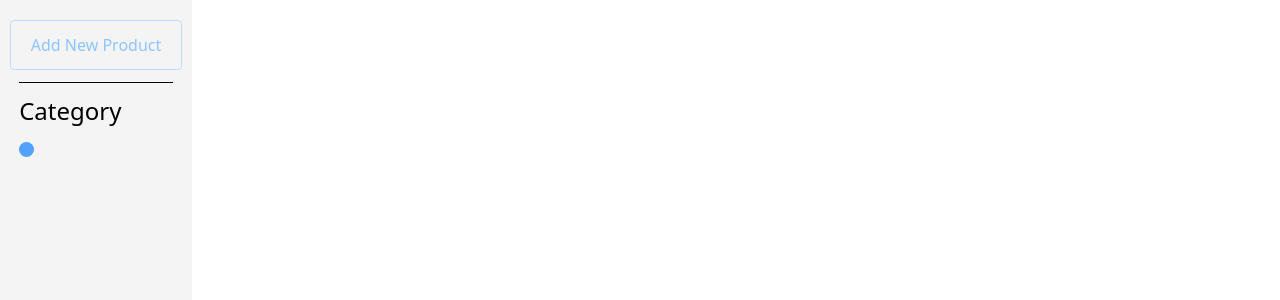
Repository: Habeebur1493/project
Page: /Home
The author's editor kept a copy of each file at every save. The page is drawn from the files as they stood at one save, then again after the next save.
The browser window is 1280 px wide. The pictures show the whole page.
The project was rebuilt for these pictures with package versions that can differ from the ones it lists, and the page was loaded fresh each time. Also part of the build but not shown: vite.config.js, src/Components/Login.jsx.

Above is the page before, as saved 2025-01-31 02:00:55.

After the next save:
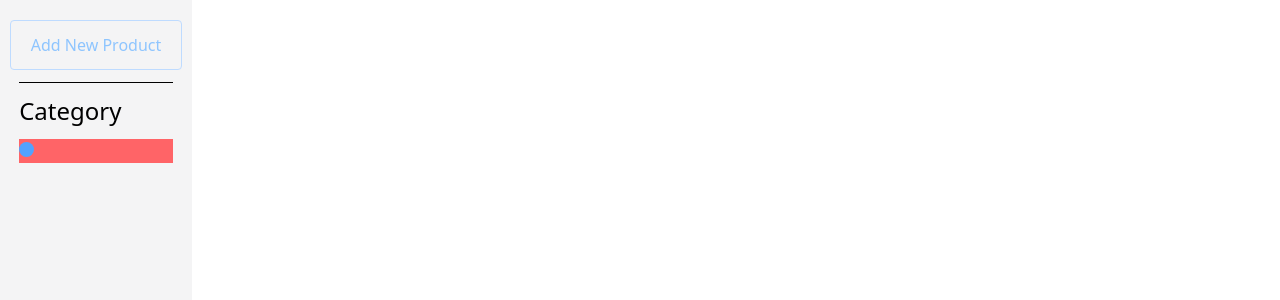
Saved 93 s later.
--- a/src/Components/Home.jsx
+++ b/src/Components/Home.jsx
@@ -11,8 +11,9 @@
         <hr  className='my-3 w-[80%]'/>
         <h1 className='text-2xl mb-3 w-[80%]'>Category</h1>
         <ul className='w-[80%]'>
-          <li className='rounded-full inline-block w-[15px] h-[15px] bg-blue-400'></li>
-
+          <li className='bg-red-400 mb-3'>
+          <span className='rounded-full inline-block w-[15px] h-[15px] bg-blue-400'></span>
+          </li>
         </ul>
       </nav>
 

After the save that followed:
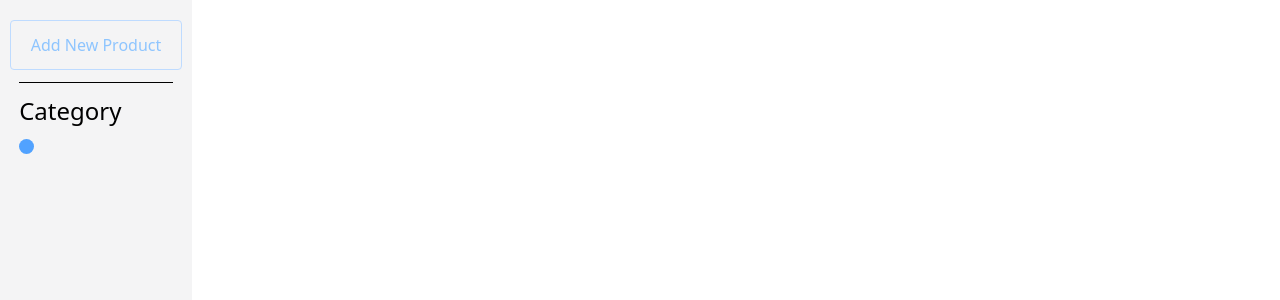
Saved 105 s later.
--- a/src/Components/Home.jsx
+++ b/src/Components/Home.jsx
@@ -11,8 +11,8 @@
         <hr  className='my-3 w-[80%]'/>
         <h1 className='text-2xl mb-3 w-[80%]'>Category</h1>
         <ul className='w-[80%]'>
-          <li className='bg-red-400 mb-3'>
-          <span className='rounded-full inline-block w-[15px] h-[15px] bg-blue-400'></span>
+          <li className='flex items-center mb-3'>
+          <span className='rounded-full mr-2 w-[15px] h-[15px] bg-blue-400'></span>
           </li>
         </ul>
       </nav>
